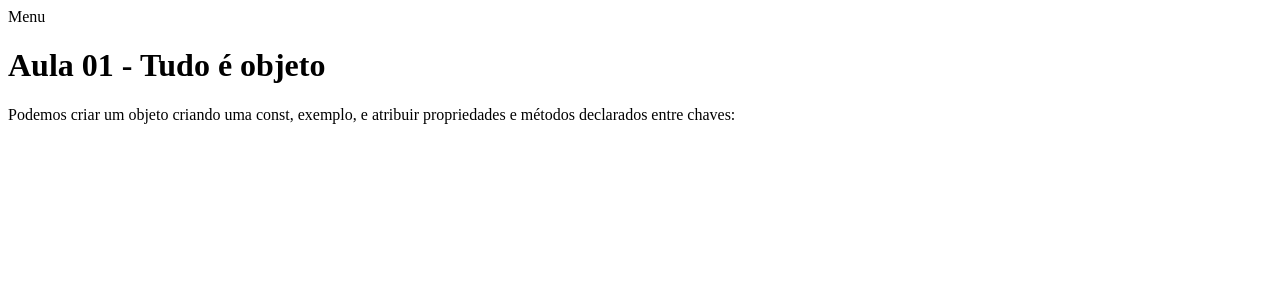
Repository: rvlyra/Js-Estudos-Aplicados
Page: Js - Estudos Aplicados/01-Tudo_e_objeto/index.html
These files come from the project's save history. The page is drawn as it stood at one moment and after the next save; the edit follows.
The browser window is 1280 px wide. The pictures show the whole page.

Above is the page before, as saved 2022-07-05 20:14:51.

After the next save:
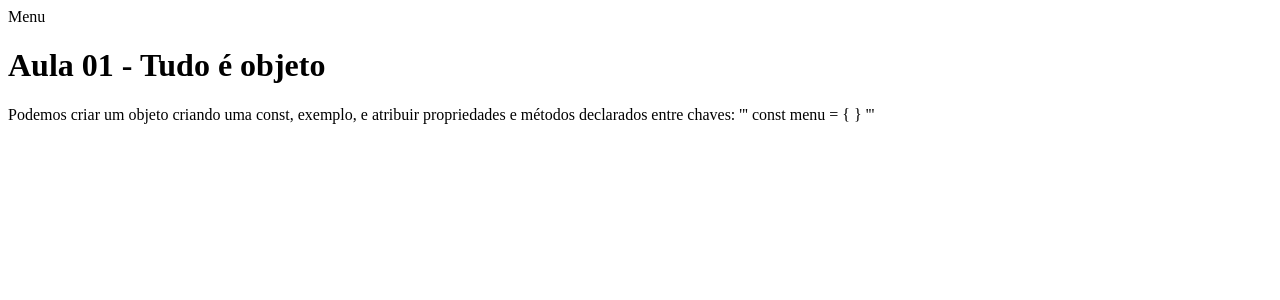
Saved 23 s later.
--- a/Js - Estudos Aplicados/01-Tudo_e_objeto/index.html
+++ b/Js - Estudos Aplicados/01-Tudo_e_objeto/index.html
@@ -13,7 +13,11 @@
     <p>
         Podemos criar um objeto criando uma const, exemplo, e atribuir propriedades e métodos declarados entre chaves:
 
+        '''
+        const menu = {
 
+        }
+        '''
     </p>
 
     <script src="script.js"></script>
